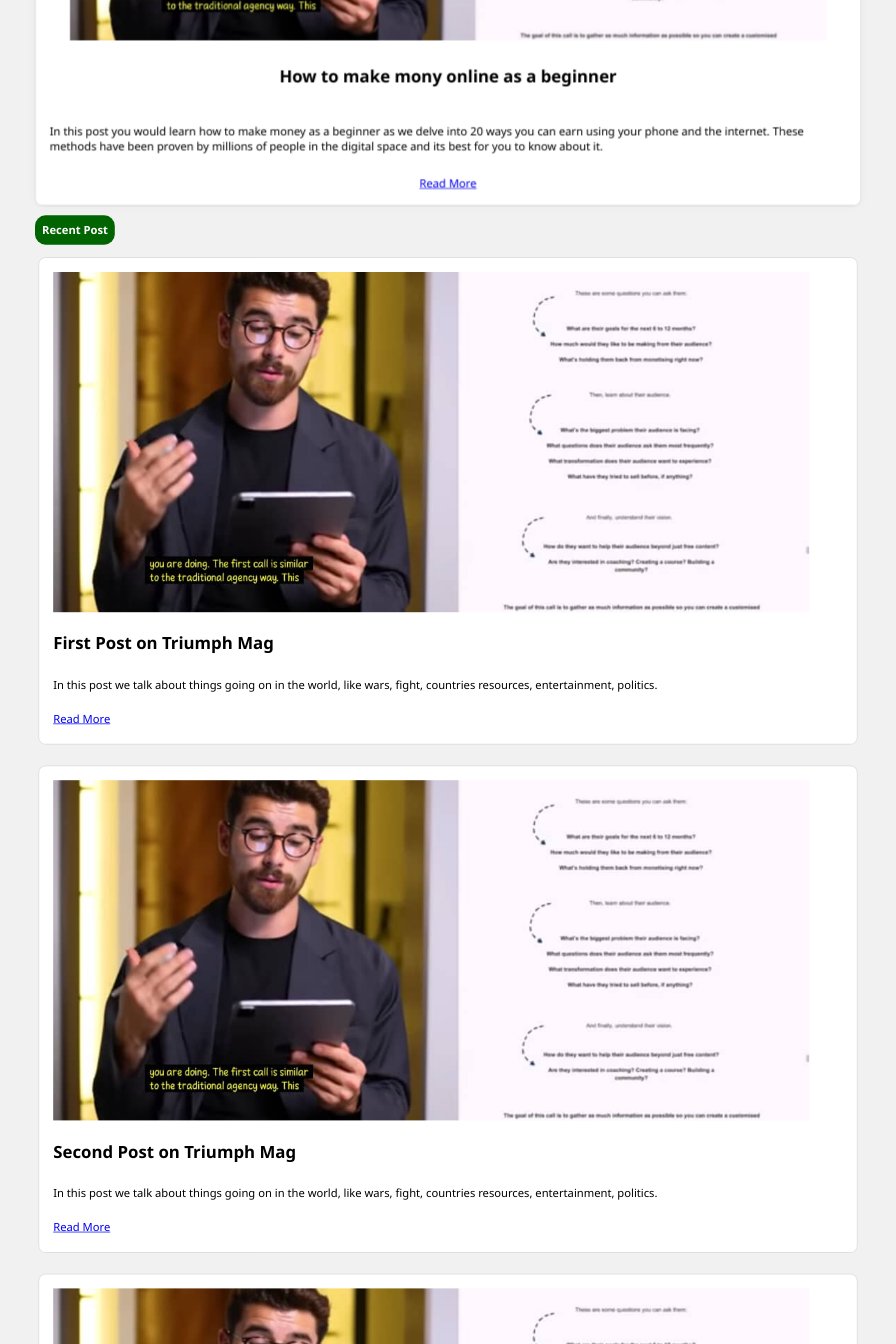
Repository: zikcolle/Triumph-Blog
Page: index.html
These files come from the project's save history. The page is drawn as it stood at one moment and after a run of saves; the edit follows.
The browser window is 1280 px wide. The pictures show the part of the page from y = 612 to 2532 px (the page is 5678 px tall before and 5688 px after), at 70% of full size.

Above is the page before, as saved 2026-06-22 14:57:42.

After the next 6 saves:
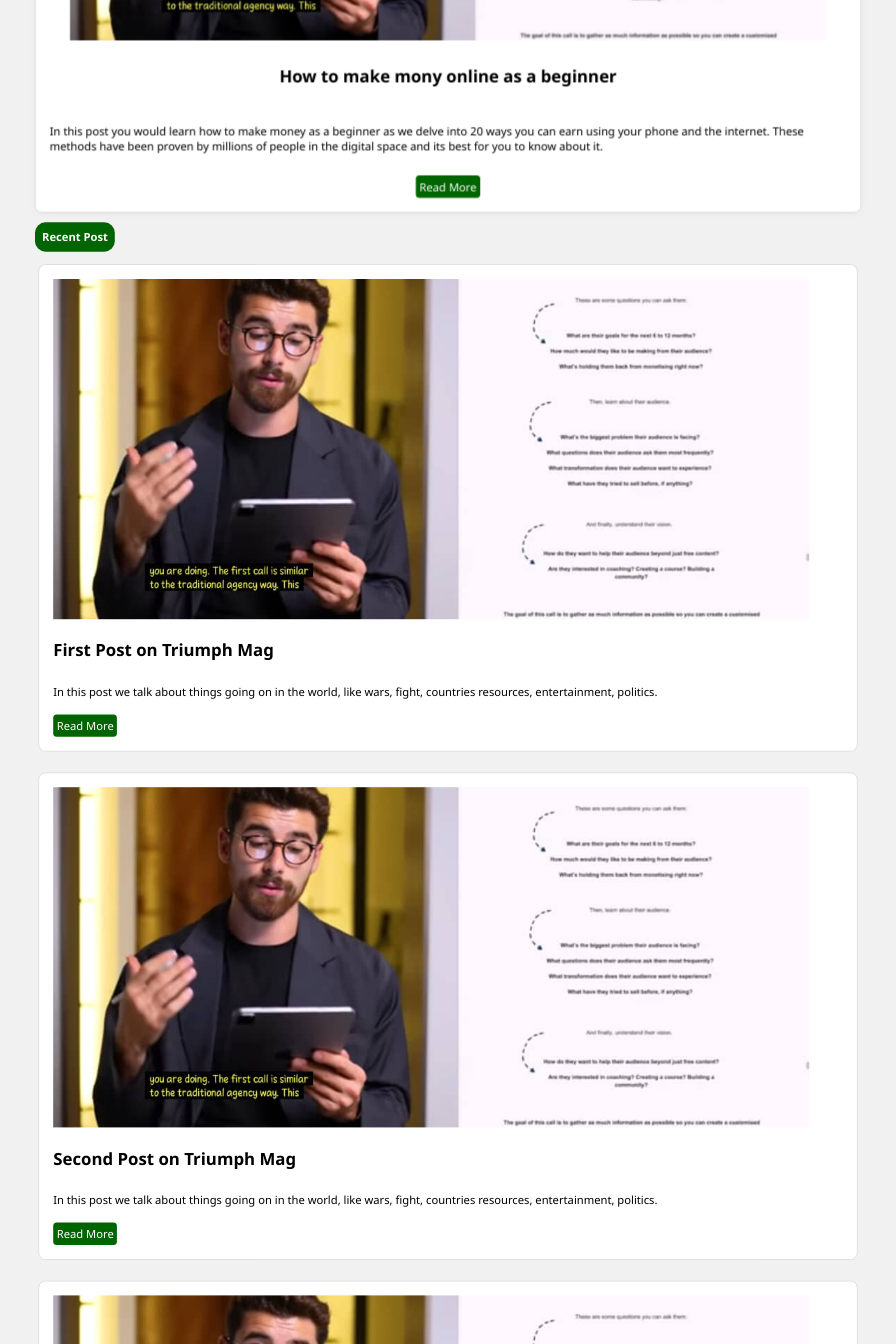
The 6 saves are shown as one change because they came seconds apart.
The last was saved 15 s later.
--- a/styles.css
+++ b/styles.css
@@ -120,7 +120,9 @@ img, svg, video, canvas, iframe {
     justify-content: center;
 }
 
-@media (min)
+@media (min-width: 768px) {
+
+}
 
 .read-more {
     background-color: rgb(0, 101, 0);
